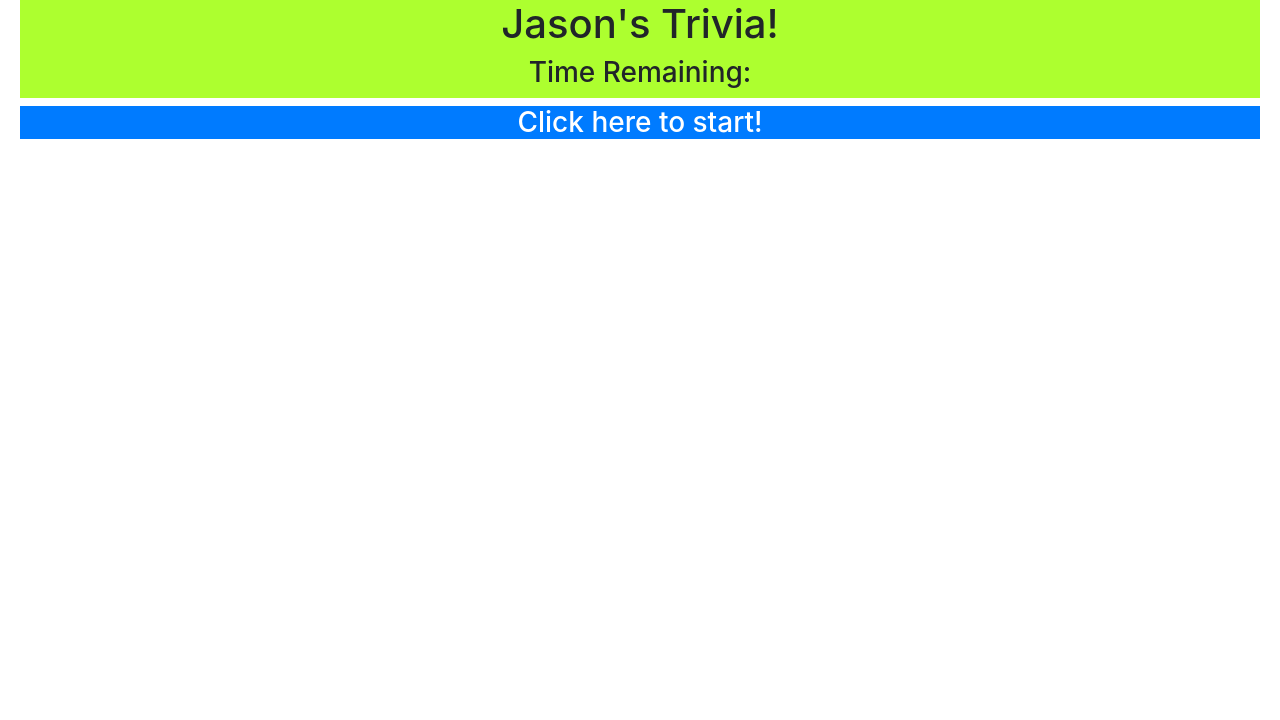
Repository: jaswhitehead/Trivia-Game
Page: index.html
An editor plug-in stored every save of this project. The page is shown before and after the next save, followed by the edit.
The browser window is 1280 px wide. The pictures show the whole page.
Some web libraries are served in a nearby version.

Above is the page before, as saved 2020-05-09 16:39:03.
Not found: assets/css/images/milky-way-starry-sky.jpeg

After the next save:
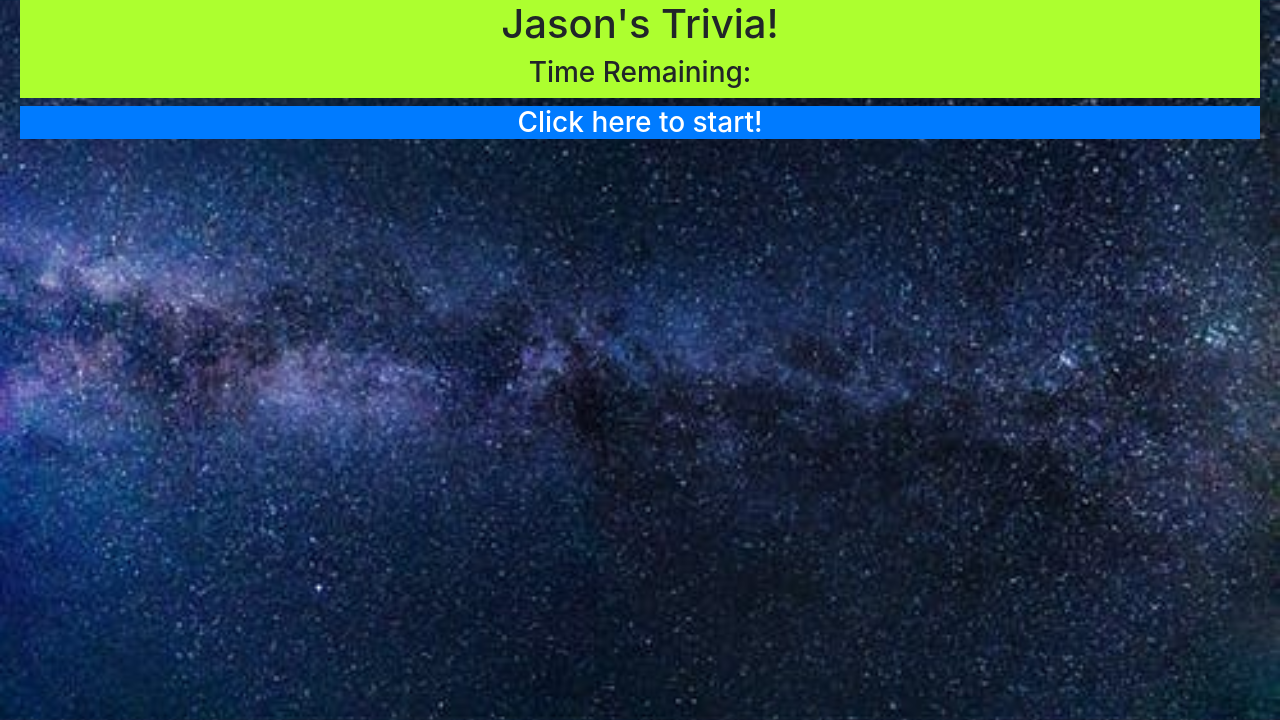
Saved 6 s later.
--- a/assets/CSS/style.css
+++ b/assets/CSS/style.css
@@ -3,7 +3,7 @@ h1,h2,h3 {
 }
 
 body {
-    background-image: url("./images/milky-way-starry-sky.jpeg");
+    background-image: url("../images/milky-way-starry-sky.jpeg");
     background-repeat: repeat-y;
     background-size: cover;
     margin-left: 20px;
